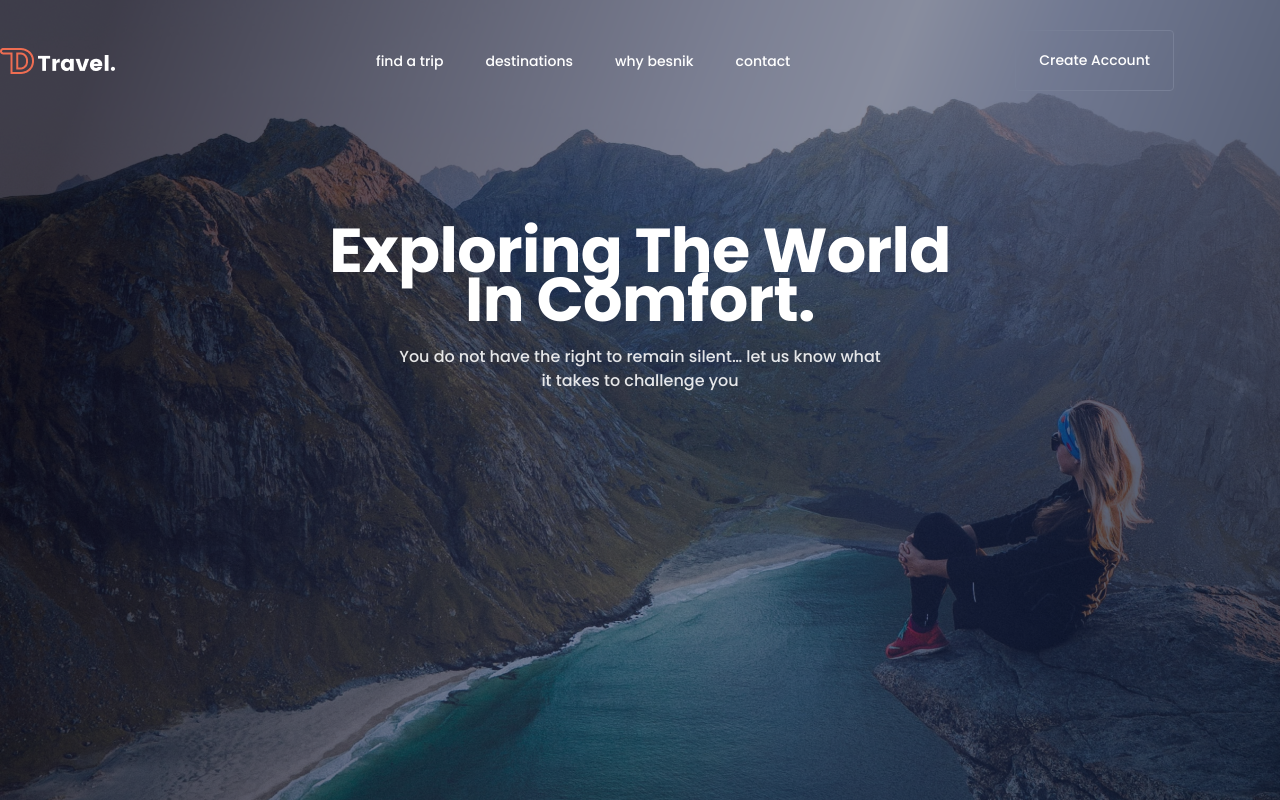
Repository: hoang0508/LandingPage-CodeTravel2
Page: index.html
The author's editor kept a copy of each file at every save. The page is drawn from the files as they stood at one save, then again after the next save.
The browser window is 1280 px wide. The pictures show the whole page.
The style sheet was rebuilt from its Sass, Less or Tailwind sources for each picture, by a compiler version that may differ from the author's.

Above is the page before, as saved 2022-09-15 15:59:16.

After the next save:
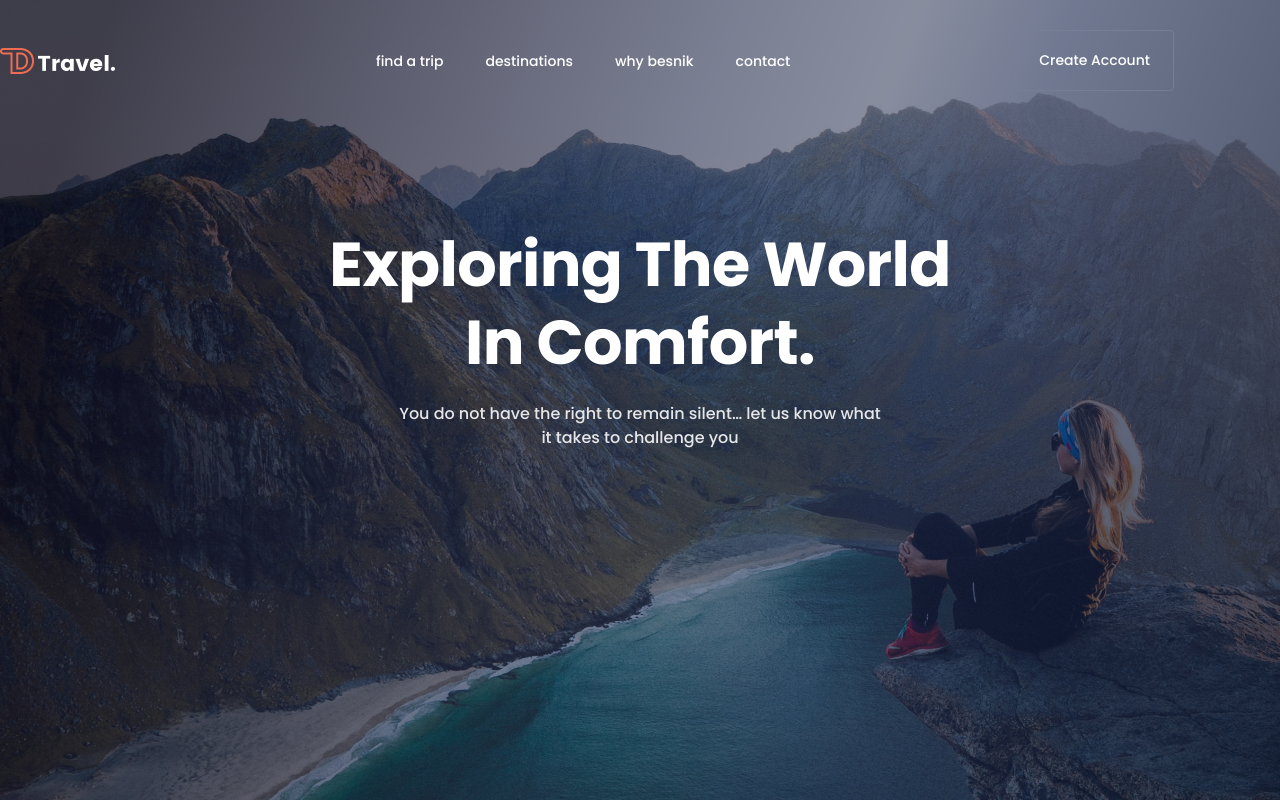
Saved 2 min 8 s later.
--- a/sass/_header.scss
+++ b/sass/_header.scss
@@ -36,7 +36,7 @@
       color: $text-white;
       margin-bottom: 20px;
       letter-spacing: -0.01em;
-      line-height: calc(62 / 78);
+      line-height: 78px;
     }
     &--desc {
       max-width: 493px;
